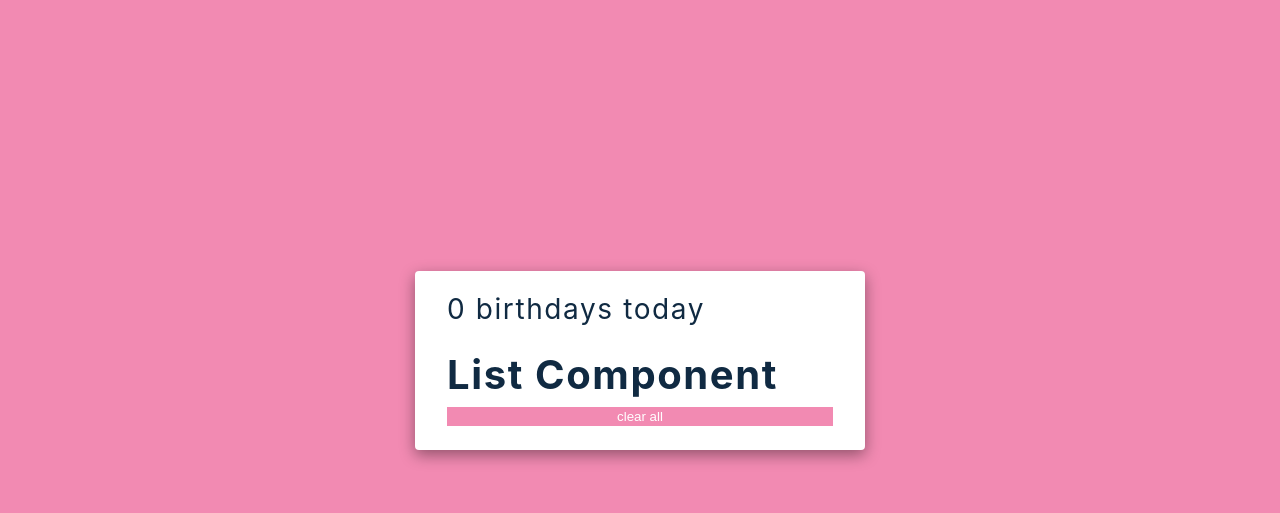
Repository: bodescuanamariia/birthday-reminder
Page: /
The author's editor kept a copy of each file at every save. The page is drawn from the files as they stood at one save, then again after the next save.
The browser window is 1280 px wide. The pictures show the whole page.
The project was rebuilt for these pictures with package versions that can differ from the ones it lists, and the page was loaded fresh each time. Imported but missing from the stored project, and not drawn on this page: src/data.

Above is the page before, as saved 2022-04-14 14:30:46.

After the next save:
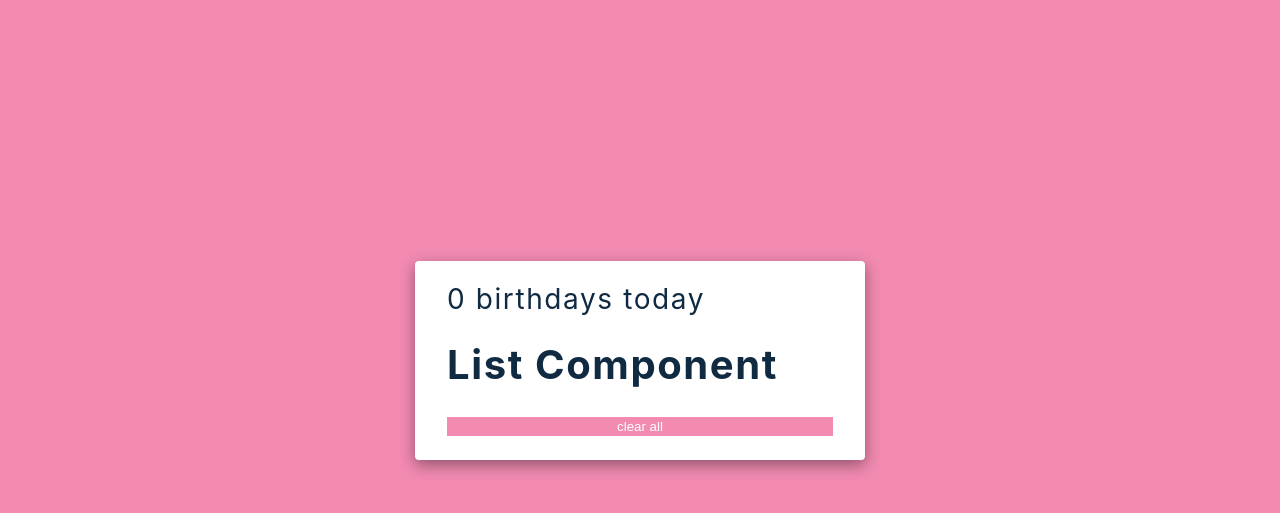
Saved 30 s later.
--- a/src/index.css
+++ b/src/index.css
@@ -155,4 +155,5 @@ main {
   display: block;
   width: 100%;
   border-color: transparent;
+  margin: 2rem auto 0 auto;
 }
